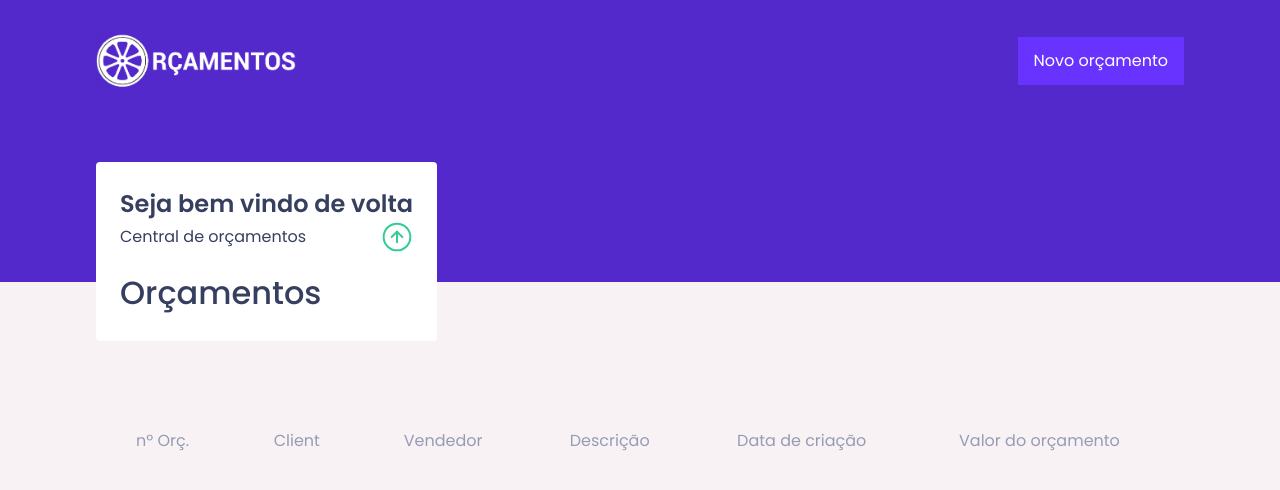
Repository: soualexandre/frentend-botOrcamentos
Page: /
An editor plug-in stored every save of this project. The page is shown before and after the next save, followed by the edit.
The browser window is 1280 px wide. The pictures show the whole page.
The page's requests for data from a server got no answer. The project was rebuilt for these pictures with package versions that can differ from the ones it lists, and the page was loaded fresh each time. No one was signed in, and anything a server would have sent is missing.

Above is the page before, as saved 2021-07-20 17:38:18.

After the next save:
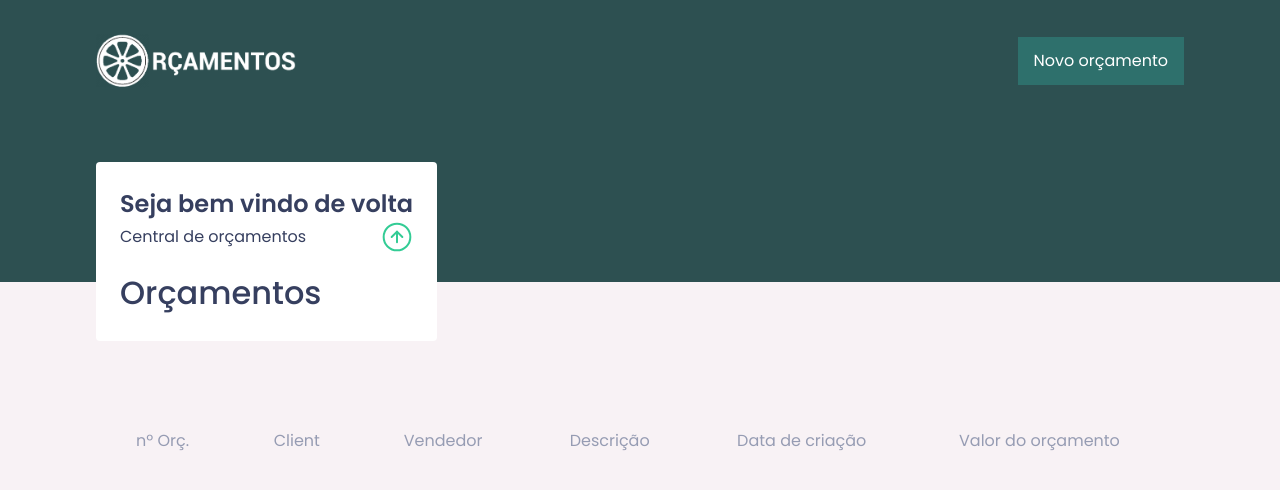
Saved 5 min 41 s later.
--- a/src/styles/global.ts
+++ b/src/styles/global.ts
@@ -7,9 +7,9 @@
         --background: #f8f2f5;
 
         --red: #e52e40;
-        --blue: #5429cc;
+        --blue: #2D5051;
         --green: #33cc95;
-        --blue-light: #6933ff;
+        --blue-light:#2E706C;
 
         --text-title: #363f5f;
         --text-body: #969cb3;
@@ -26,6 +26,11 @@
     html{
         @media (max-width: 1080px){
             font-size: 93.5%;
+        }
+        @media (max-width: 1080px){
+            table{
+                max-width: 100%
+            }
         }
 
     }
@@ -85,4 +90,6 @@
             filter: brightness(0.8);
         }
     }
+
+
 `;
